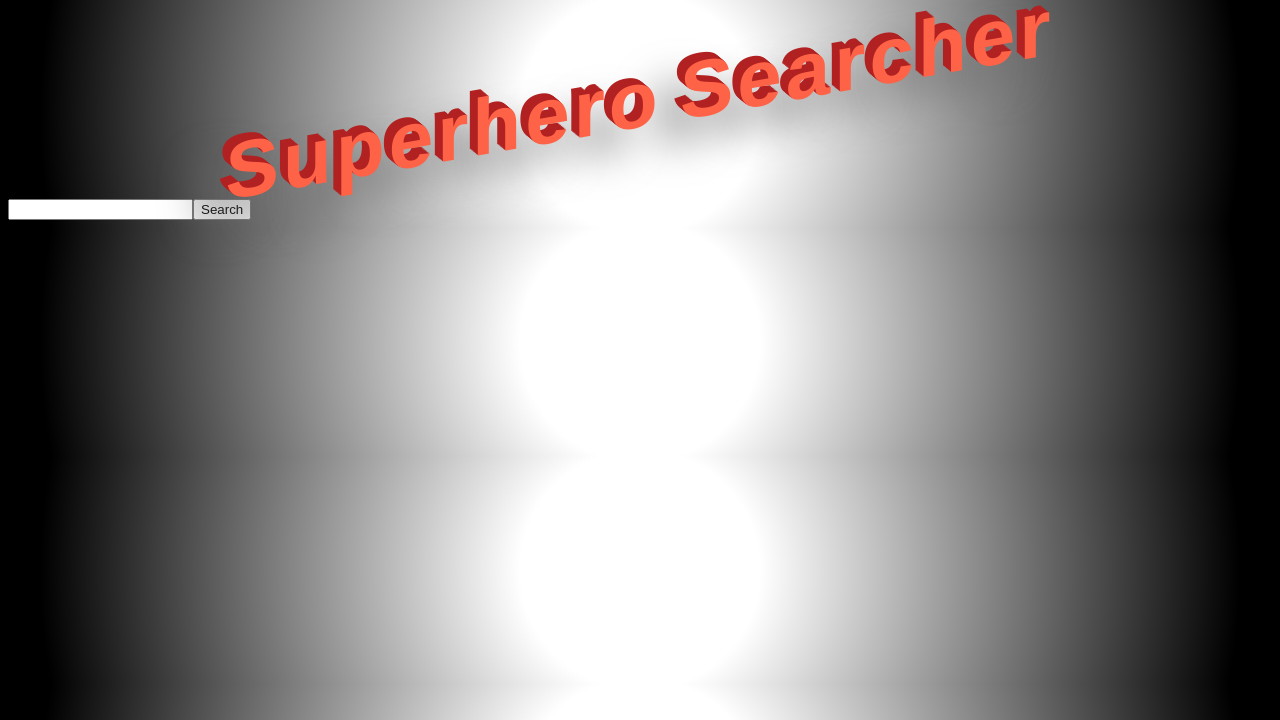
Repository: savi1623/SuperheroSearcher
Page: / (app in my-app/)
These files come from the project's save history. The page is drawn as it stood at one moment and after the next save; the edit follows.
The browser window is 1280 px wide. The pictures show the whole page.
The project was rebuilt for these pictures with package versions that can differ from the ones it lists, and the page was loaded fresh each time. Also part of the build but not shown: my-app/src/SuperImage/SuperImage.scss, my-app/src/SuperImage/SuperImage.js, my-app/src/Stats/Stats.scss, my-app/src/Stats/Stats.js, my-app/src/Biography/Biography.scss, my-app/src/Biography/Biography.js, my-app/src/Apperance/Apperance.scss, my-app/src/Apperance/Apperance.js and 8 more.

Above is the page before, as saved 2020-02-28 10:35:52.

After the next save:
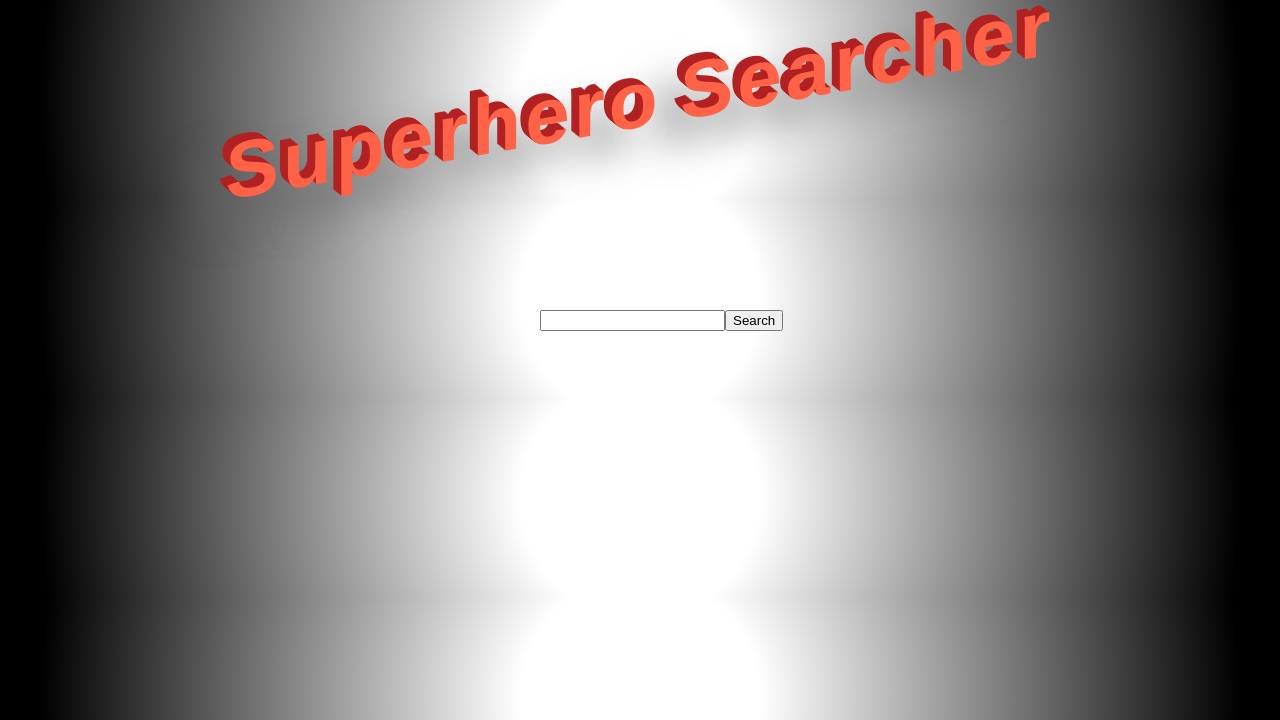
Saved 10 s later.
--- a/my-app/src/App/App.scss
+++ b/my-app/src/App/App.scss
@@ -1,13 +1,6 @@
 body {
   background: radial-gradient(600px at 50% 50% , #fff 20%, #000 100%);
 
-}
-.searchForm{
-  // position: fixed;
-  // top: 50%;
-  // left: 50%;
-  // margin-top: -50px;
-  // margin-left: -100px;
 }
 
 .logo {
@@ -29,3 +22,11 @@
     -8px -8px 0 firebrick,
     -30px 20px 40px dimgrey
 }
+
+.searchForm{
+  position: fixed;
+  top: 50%;
+  left: 50%;
+  margin-top: -50px;
+  margin-left: -100px;
+}
